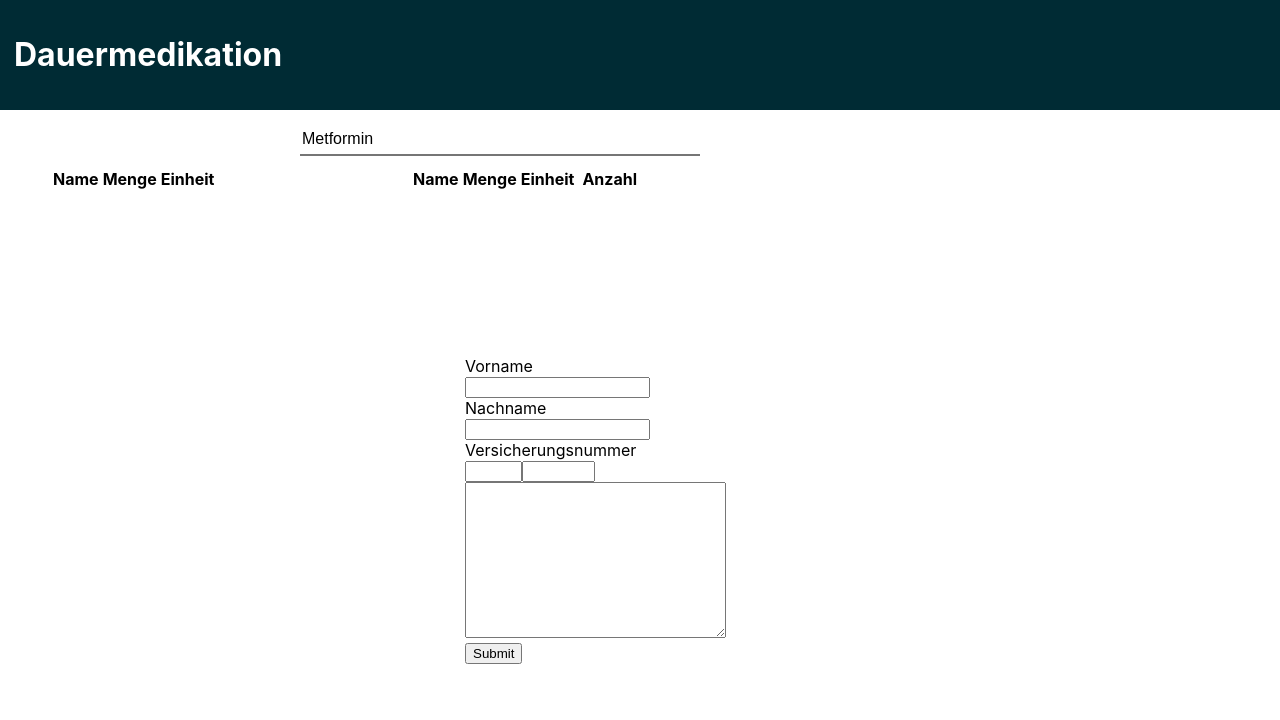
Repository: Esatollah/MedDemo
Page: / (app in client/)
The author's editor kept a copy of each file at every save. The page is drawn from the files as they stood at one save, then again after the next save.
The browser window is 1280 px wide. The pictures show the whole page.
The page's requests for data from a server got no answer. The project was rebuilt for these pictures with package versions that can differ from the ones it lists, and the page was loaded fresh each time. No one was signed in, and anything a server would have sent is missing. Also part of the build but not shown: client/src/Routes/Bestellungen.jsx.

Above is the page before, as saved 2022-06-10 15:55:53.

### client/src/App.js
import SearchBar from './Routes/Search';
import {BrowserRouter, Routes, Route} from 'react-router-dom'
import Bestellungen from './Routes/Bestellungen';
import ReactModal from 'react-modal';

ReactModal.setAppElement('#root')

function App() {
  return (
    <BrowserRouter>
    <Routes>
      <Route path='/' element={<div><SearchBar/></div>}/>
      <Route path='/bestellungen' element={<div><Bestellungen/></div>}/>
    </Routes>
    </BrowserRouter>
  );
}

export default App;

### client/src/Routes/Search.jsx
import React, { useState, useEffect } from 'react'
import DrugAPI from '../api/DrugAPI';
import Form from '../components/Form';
import Navbar from '../components/Navbar';
import { SearchWrap } from '../Styles/SearchStyles';


const Search = () => {

  const [searchinput, setSearchinput] = useState("Metformin");
  const [drugs, setDrugs] = useState([]);
  const [cartitems, setCartitems] = useState([]);

  useEffect(() => {
    const fetchData = async () => {
      try {
        const result = await DrugAPI.get(`/?drugsearch=${searchinput}`)
        setDrugs(result.data.meds)
      } catch (err) {
        console.error(err);
      }
    }

    fetchData();

  }, [searchinput])

  const handleDrugClick = (e, x) => {
    const is_in_cart = cartitems.some(y => {
      if (y.id === x.id) {
        return true;
      }

      return false;
    })

    if (is_in_cart) {
      return
    }
    let temp = { ...x, anzahl: "1" }
    setCartitems([...cartitems, temp]);
  }

  const handleDelete = (e, x, index) => {
    let temp = [...cartitems]

    temp.splice(index, 1);

    setCartitems(temp);
  }

  const handleCountchange = (e, x, index) => {
    let temps = [...cartitems]
    let temp = {
      ...temps[index],
      anzahl: e.target.value
    }
    temps[index] = temp
    setCartitems(temps);

  }


  return (
    <>
      <Navbar />
        <SearchWrap>

          <input type="search" placeholder="Suche" id="search" value={searchinput} onChange={e => setSearchinput(e.target.value)} />
          <div className='search-container'>
            <div className='table-container'>
              <table className='drugtable'>
                <thead>
                  <tr>
                    <th scope='col'>
                      Name
                    </th>
                    <th scope='col'>Menge</th>
                    <th scope='col'>Einheit</th>
                    <th scope='col'></th>
                  </tr>
                </thead>
                <tbody>
                  {drugs && drugs.map((x) => {
                    return (
                      <tr key={x.id} className="drug-row" >
                        <td className={x.name}>{x.name}</td>
                        <td>{x.menge}</td>
                        <td>{x.mengenart}</td>
                        <td><button onClick={(e) => { handleDrugClick(e, x) }}>+</ button></td>
                      </tr>
                    )
                  })}
                </tbody>

              </table>
            </div>

            <div className='cart-container'>
              <table>
                <thead>
                  <tr>
                    <th scope='col'>
                      Name
                    </th>
                    <th scope='col'>Menge</th>
                    <th scope='col'>Einheit</th>
                    <th scope='col'></th>
                    <th scope='col'>Anzahl</th>
                  </tr>
                </thead>
                <tbody>
                  {cartitems && cartitems.map((x, index) => {
                    if (x.abgabezahl) {
                      return (
                        <tr key={index} className="drug-row" >
                          <td>{x.name}</td>
                          <td>{x.menge}</td>
                          <td>{x.mengenart}</td>
                          <td><button onClick={(e) => handleDelete(e, x, index)}>-</button></td>
                          <td><select onChange={(e) => { handleCountchange(e, x, index) }}><option value="1">1</option><option value="2">2</option></select></td>
                        </tr>
                      )
                    }
                    return (
                      <tr key={index} className="drug-row" >
                        <td>{x.name}</td>
                        <td>{x.menge}</td>
                        <td>{x.mengenart}</td>
                        <td><button onClick={(e) => handleDelete(e, x, index)}>-</button></td>
                        <td>1</td>
                      </tr>
                    )
                  })}
                </tbody>
              </ table>
            </div>
          </div>
        </SearchWrap>

      <Form cartitems={cartitems} setCartitems={setCartitems} />
    </>
  )
}

export default Search

### client/src/api/DrugAPI.js
import axios from 'axios'

export default axios.create({
    baseURL: "http://localhost:5000/api"
})

### client/src/components/Form.jsx
import React, {useState}from 'react'
import DrugAPI from '../api/DrugAPI'
import { FormWrap } from '../Styles/FormStyles';
const Form = props => {

    const [fname, setFname] = useState('');
    const [lname, setLname] = useState('');
    const [vpin, setVpin] = useState('');
    const [vbday, setVbday] = useState('');
    const [anmerkungen, setAnmerkungen] = useState('');

    const handleSubmit = (e) => {

        e.preventDefault();
        const formdata = {
            fname,
            lname,
            vpin,
            vbday,
            anmerkungen
        }

        const fetchData = async () =>{
            try {
            await DrugAPI.post("/", {drugs:{...props.cartitems}, ...formdata})
            } catch (error) {
                console.error(error);
            }
    }

    fetchData();

    setFname('');setLname('');setVpin('');setVbday('');setAnmerkungen('');
    props.setCartitems([]);

}


  return (
    <FormWrap>
        <form onSubmit={(e) =>handleSubmit(e)}>
            <label htmlFor="fname">Vorname</label><br />
            <input type="text" value={fname} id="fname" name="fname" onChange={(e)=> setFname(e.target.value)}required/><br/>
            <label htmlFor="lname">Nachname</label><br />
            <input type="text" id="lname" value={lname} onChange={(e) => setLname(e.target.value)}name="lname" required /><br/>
            <label htmlFor="pin">Versicherungsnummer  </label> <br/>
            <input type="text" id="pin" value={vpin} onChange={(e) => setVpin(e.target.value)} name="pin" size="4" minLength="4"maxLength="4" required/>
            <input type="text" id="bday" value={vbday} onChange={(e) => setVbday(e.target.value)} name="bday" size="6" minLength={6} maxLength={6} required/> <br/>
            <textarea value={anmerkungen} onChange={(e) => setAnmerkungen(e.target.value)} name="message" rows="10" cols="30" className='textarea'>
            </textarea> <br/>
            <input type="submit" value="Submit" ></input><br />
        </form>
    </FormWrap>

  )
}

export default Form

### client/src/components/Navbar.jsx
import React from 'react'
import { NavWrap } from '../Styles/NavbarStyles'
const Navbar = () => {
  return (
    <NavWrap>
        <h1>Dauermedikation</h1>
    </NavWrap>
  )
}

export default Navbar

### client/src/Styles/SearchStyles.js
import styled from 'styled-components';

export const SearchWrap = styled.div`

    display: flex;
    flex-direction: column;
    align-items: center;

    @media(min-width: 1000px) {
             width: 1000px;
         }

    #search {
    width:50%;
    height: 2rem;
    outline:none;
    border-top: hidden;
    border-right: hidden;
    border-left: hidden;
    font-size: 1rem;@media(min-width: 1000px) {
             width: 40%;
         }
    margin-bottom: 10px;
}

.table-container {
    max-height: 200px;
    max-width: 80%;
    overflow-y: auto;
}


.drug-row:hover {
    background-color: beige;
}

.drugtable tbody tr {
border: 1px;
}

.search-container {
    width: 90%;

    @media(min-width: 1000px) {
        display:flex;
        flex-direction: row;
        justify-content: center;
    }
    .table-container {
        width :100%;
        height: 150px;
        display:flex;
         @media(min-width: 1000px) {
             width: 40%;
             display:flex;
         }
    }

    .cart-container {
        width: 100%;
        display:flex;
        @media(min-width: 1000px) {
             width: 60%;
             display:flex;
         }
    }
}

`;

### client/src/Styles/FormStyles.js
import styled from 'styled-components';

export const FormWrap = styled.div`
    display:flex;
    margin:auto;
    max-width:350px;
    margin-top: 40px;
`;

### client/src/Styles/NavbarStyles.js
import styled from "styled-components"

export const NavWrap = styled.div`
    width:100%;
    padding: 14px 0;
    background-color: #002b34;
    margin-bottom: 14px;
    h1 {
        margin-left: 14px;
        color: #fff
    }
`;

Loaded but not shown: client/public/index.html (common file); client/src/index.js (common file); client/src/index.css (common file)

After the next save:
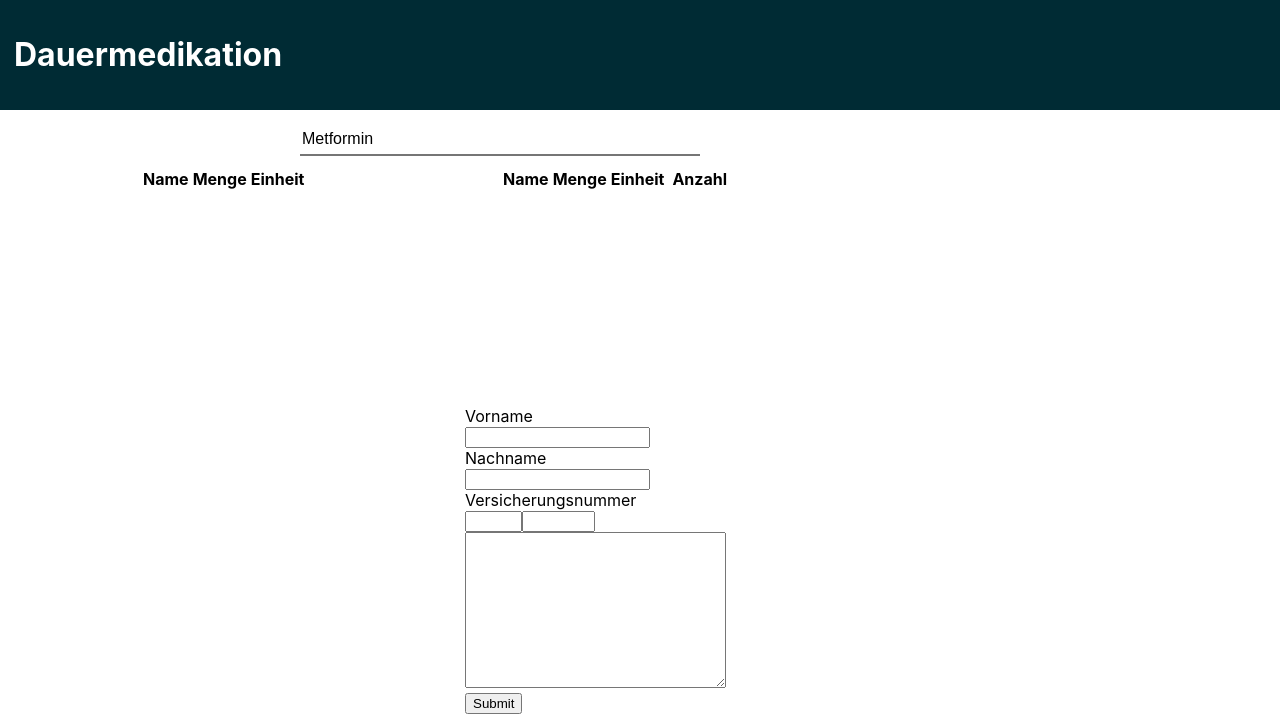
Saved 9 s later.
--- a/client/src/Styles/SearchStyles.js
+++ b/client/src/Styles/SearchStyles.js
@@ -46,6 +46,7 @@ border: 1px;
         flex-direction: row;
         justify-content: center;
     }
+
     .table-container {
         width :100%;
         height: 150px;
@@ -53,6 +54,7 @@ border: 1px;
          @media(min-width: 1000px) {
              width: 40%;
              display:flex;
+             height: 400px;
          }
     }
 
@@ -60,7 +62,7 @@ border: 1px;
         width: 100%;
         display:flex;
         @media(min-width: 1000px) {
-             width: 60%;
+             width: 40%;
              display:flex;
          }
     }
